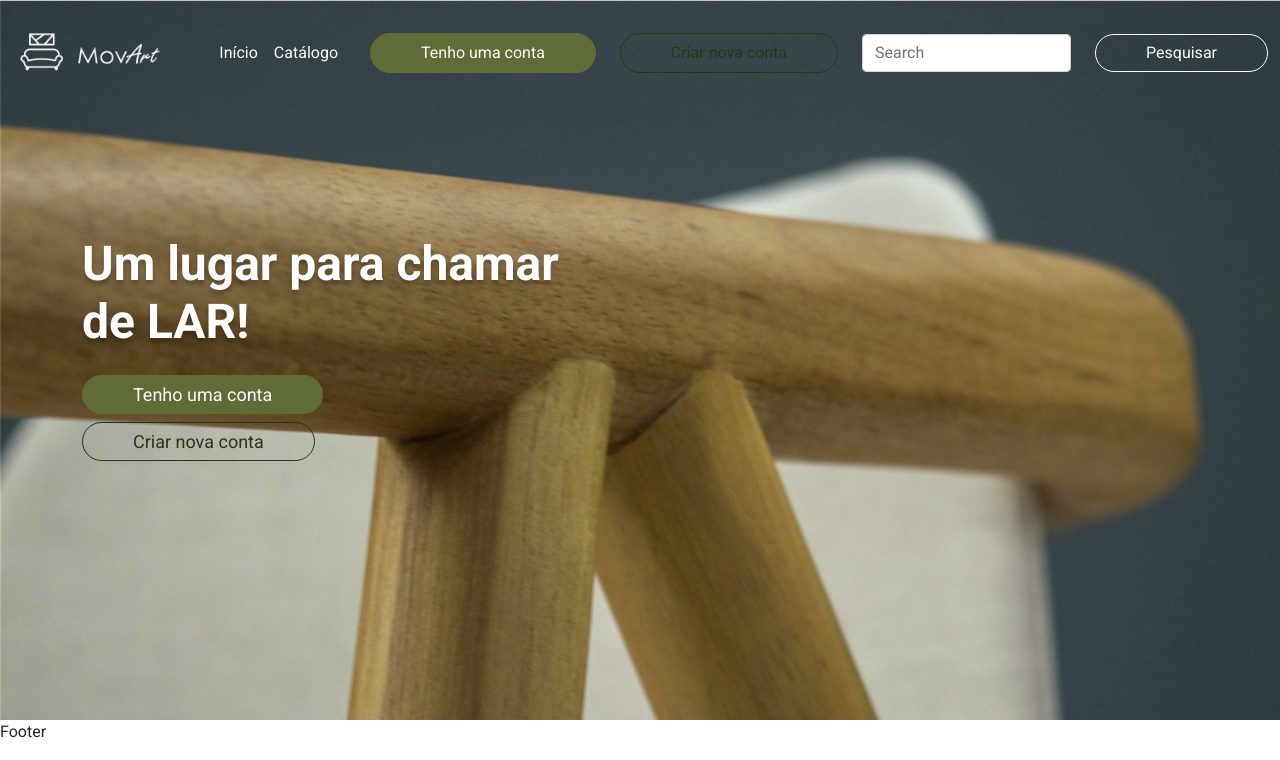
Repository: telesbp/Projeto-4-e-Projeto-5
Page: / (app in front-end/)
These files come from the project's save history. The page is drawn as it stood at one moment and after the next save; the edit follows.
The browser window is 1280 px wide. The pictures show the whole page.
The project was rebuilt for these pictures with package versions that can differ from the ones it lists, and the page was loaded fresh each time.

Above is the page before, as saved 2022-07-17 18:33:44.

### front-end/public/index.html
<!DOCTYPE html>
<html lang="pt-BR">
  <head>
    <meta charset="utf-8" />
    <link rel="icon" href="%PUBLIC_URL%/favicon.ico" />
    <meta name="viewport" content="width=device-width, initial-scale=1" />
    <meta name="theme-color" content="#000000" />
    <meta
      name="description"
      content="Seu negócio automatizado!"
    />
    <link rel="apple-touch-icon" href="%PUBLIC_URL%/logo192.png" />
    <!--
      manifest.json provides metadata used when your web app is installed on a
      user's mobile device or desktop. See https://developers.google.com/web/fundamentals/web-app-manifest/
    -->
    <link rel="manifest" href="%PUBLIC_URL%/manifest.json" />
    <!--
      Notice the use of %PUBLIC_URL% in the tags above.
      It will be replaced with the URL of the `public` folder during the build.
      Only files inside the `public` folder can be referenced from the HTML.

      Unlike "/favicon.ico" or "favicon.ico", "%PUBLIC_URL%/favicon.ico" will
      work correctly both with client-side routing and a non-root public URL.
      Learn how to configure a non-root public URL by running `npm run build`.
    -->
    <title>Stagio</title>

    <link rel="preconnect" href="https://fonts.googleapis.com">
    <link rel="preconnect" href="https://fonts.gstatic.com" crossorigin>
    <link href="https://fonts.googleapis.com/css2?family=Roboto:wght@400;700&display=swap" rel="stylesheet">
  </head>
  <body>
    <noscript>You need to enable JavaScript to run this app.</noscript>
    <div id="root"></div>
    <!--
      This HTML file is a template.
      If you open it directly in the browser, you will see an empty page.

      You can add webfonts, meta tags, or analytics to this file.
      The build step will place the bundled scripts into the <body> tag.

      To begin the development, run `npm start` or `yarn start`.
      To create a production bundle, use `npm run build` or `yarn build`.
    -->
  </body>
</html>

### front-end/src/index.tsx
import React from 'react';
import ReactDOM from 'react-dom/client';
import App from './App';
import 'bootstrap/dist/css/bootstrap.min.css';
import { BrowserRouter } from 'react-router-dom';
import 'react-toastify/dist/ReactToastify.css';
import { ToastContainer } from 'react-toastify';
import { GlobalStyle } from './assets/css/global';

const root = ReactDOM.createRoot(
  document.getElementById('root') as HTMLElement
);
root.render(
  <React.StrictMode>
    <BrowserRouter>
    <GlobalStyle/>
      <App />
      <ToastContainer/>
    </BrowserRouter>
  </React.StrictMode>
);

### front-end/src/App.tsx
import { HomeView } from "./views/Home";

function App() {
  return (
    <HomeView/>
  );
}

export default App;

### front-end/src/assets/css/global.ts
import { createGlobalStyle } from "styled-components";

export const GlobalStyle = createGlobalStyle`
    body{
       font-family: 'Roboto', sans-serif;
    }
`

### front-end/src/views/Home/index.tsx
import { Container } from "react-bootstrap";
import styled from "styled-components";
import bgSite from "../../assets/img/cadeira1.png"
import { CustomButton } from "../../components/CustomButton";
import { Layout } from "../../components/Layout";

export function HomeView(){
    return(
        <Layout>
            <Banner className="vh-100">
                <Container className="h-100 d-flex flex-column justify-content-center align-items-center align-items-lg-start">
                    <Title className="text-center text-white text-lg-start mt-auto mt-lg-0 ">Um lugar para chamar de LAR!</Title>
                    <CustomButton size="lg" to="login" variant="primary" className="mt-auto mt-lg-3 mb-2">Tenho uma conta</CustomButton>
                    <CustomButton size="lg" to="cadastro" variant="outline-primary" className="mb-4">Criar nova conta</CustomButton>
                </Container>
            </Banner>
        </Layout>
    )
}

const Banner = styled.div`
    background: url(${bgSite}) no-repeat center center;
    background-size: cover;
`
const Title = styled.h1`
    font-size: 2.25rem;
    font-weight: bold;
    text-shadow: 0 4px 4px rgba(0, 0, 0, 0.25);
    @media (min-width: 992px){
        font-size: 3rem;
        max-width: 500px;
    }
`

### front-end/src/components/CustomButton/index.tsx
import { Button, ButtonProps, Spinner } from "react-bootstrap";
import { LinkContainer } from "react-router-bootstrap";
import styled from "styled-components";

type Props = ButtonProps & {
    loading?: boolean
    to?: string
}

export function CustomButton({children, loading, to, ...otherProps}: Props) {
    const button = (
        <ButtonStyled {...otherProps}>
            {loading && (
                <Spinner animation="border" role="status" size="sm" className="me-2">
                    <span className="visually-hidden">Carregando...</span>
                </Spinner>
            )}
            {children}
        </ButtonStyled>
    )
    if (to){
        return(
            <LinkContainer to={to}>
                {button}
            </LinkContainer>
        )
    }
    return button
}
const ButtonStyled = styled(Button)`
    border-radius: 50px;
    font-weight: 500;
    padding:5px 50px 5px 50px;
    ${props => props.size ==='lg' && `
        font-size: 1.125rem;
    `}
    ${props => (props.variant === "primary" || !props.variant) && `
        background-color: #606c38;
        border-color: #606c38;
        color: #fafafa!important;
        &:hover {
            background-color: #283618;
            border-color: #283618;
        }
    `}
    ${props => (props.variant === "outline-primary" || !props.variant) && `
        border-color: #283618;
        color: #283618;
        &:hover {
            background-color: #283618;
            border-color: #283618;
            color: #fafafa;
        }
    `}
    ${props => (props.variant === "outline-secundary" || !props.variant) && `
        border-color: #fafafa;
        color: #fafafa;
        &:hover {
            background-color: #283618;
            border-color: #283618;
            color: #fafafa;
        }
    `}
`

### front-end/src/components/Layout/index.tsx
import { Header } from "./Header"

type Props = {
    children: React.ReactNode
}
export const Layout: React.FC<Props> = ({children}) => {
    return (
        <>
            <Header/>
            {children}
            <p>Footer</p>
        </>
    )
}

### front-end/src/components/Layout/Header.tsx
import { faBarsStaggered } from "@fortawesome/free-solid-svg-icons";
import { FontAwesomeIcon } from "@fortawesome/react-fontawesome";
import { useState } from "react";
import { Container, Form, Nav, Navbar } from "react-bootstrap";
import { Link } from "react-router-dom";
import styled from "styled-components";
import LogoBrand from "../../assets/img/logobranca.png"
import LogoBrandBlack from "../../assets/img/logopreta.png"
import { CustomButton } from "../CustomButton";

export function Header() {
    const [isTransparent, setIsTransparent] = useState(true)
    return(
        <Navbar fixed="top" expand="lg" bg={isTransparent ? undefined : "white"} >
        <Container fluid>
          <Navbar.Brand to="/" as={Link}>
            <img src={isTransparent ? LogoBrand : LogoBrandBlack} alt="MovArt" width={170} height={80}/>
          </Navbar.Brand>
          <NavBarToggleStyled aria-controls="basic-navbar-nav">
            <FontAwesomeIcon icon={faBarsStaggered}  className={isTransparent ? "text-white" : "text-dark"} size="lg" />
            </NavBarToggleStyled>
        <NavBarCollapseStyled id="basic-navbar-nav">
          <Nav className="ms-auto">
            <NavLinkStyled forwardedAs={Link} to="/" className="justify-contend-center text-center">Início</NavLinkStyled>
            <NavLinkStyled forwardedAs={Link} to="/catálogo" className="justify-contend-center text-center">Catálogo</NavLinkStyled>
            <CustomButton className="mt-2 mt-lg-0 ms-lg-4" variant="primary">Tenho uma conta</CustomButton>
            <CustomButton className="mt-2 mt-lg-0 ms-lg-4" variant="outline-primary">Criar nova conta</CustomButton>
        </Nav>
            <Form className="d-flex">
              <Form.Control
                type="search"
                placeholder="Search"
                className="mt-2 mt-lg-0 ms-lg-4"
                aria-label="Search"
              />
              <CustomButton variant={isTransparent ? "outline-secundary" : "outline-primary" } className="mt-2 mt-lg-0 ms-lg-4">Pesquisar</CustomButton>
            </Form>
          </NavBarCollapseStyled>
        </Container>
      </Navbar>
    )
}
const NavBarToggleStyled = styled(Navbar.Toggle)`
    border:none;
`

const NavBarCollapseStyled = styled(Navbar.Collapse)`
   @media (max-width: 991px) {
   background-color:#fafafa ;
    margin: 0 -12px;
    padding: 1rem 2rem;
}
`
const NavLinkStyled = styled(Nav.Link)`
    @media (min-width: 992px){
        color: #fafafa!important;
    }

`

After the next save:
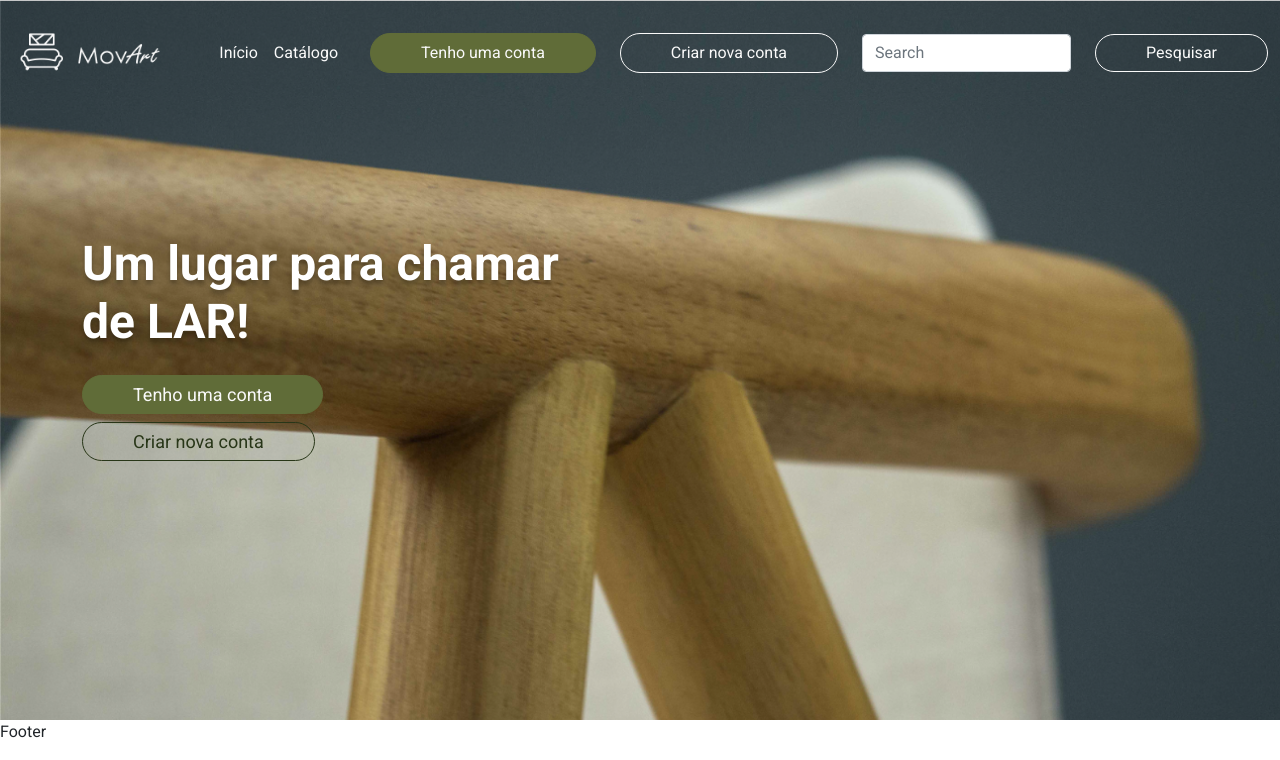
Saved 65 s later.
--- a/front-end/src/components/Layout/Header.tsx
+++ b/front-end/src/components/Layout/Header.tsx
@@ -24,7 +24,7 @@ export function Header() {
             <NavLinkStyled forwardedAs={Link} to="/" className="justify-contend-center text-center">Início</NavLinkStyled>
             <NavLinkStyled forwardedAs={Link} to="/catálogo" className="justify-contend-center text-center">Catálogo</NavLinkStyled>
             <CustomButton className="mt-2 mt-lg-0 ms-lg-4" variant="primary">Tenho uma conta</CustomButton>
-            <CustomButton className="mt-2 mt-lg-0 ms-lg-4" variant="outline-primary">Criar nova conta</CustomButton>
+            <CustomButton className="mt-2 mt-lg-0 ms-lg-4" variant={isTransparent ? "outline-secundary" : "outline-primary" }>Criar nova conta</CustomButton>
         </Nav>
             <Form className="d-flex">
               <Form.Control
